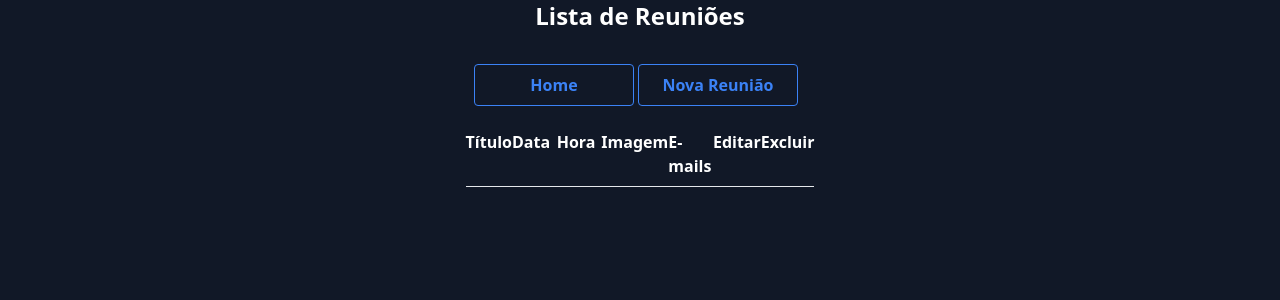
Repository: TamiBeira/meeting
Page: /meetings
These files come from the project's save history. The page is drawn as it stood at one moment and after the next save; the edit follows.
The browser window is 1280 px wide. The pictures show the whole page.
The project was rebuilt for these pictures with package versions that can differ from the ones it lists, and the page was loaded fresh each time. Also part of the build but not shown: vite.config.ts, src/contexts/FormContext.tsx, src/components/Form.tsx, src/components/HomePage.tsx.

Above is the page before, as saved 2024-02-27 07:37:11.

### index.html
<!doctype html>
<html lang="pt">
  <head>
    <meta charset="UTF-8" />
    <meta name="viewport" content="width=device-width, initial-scale=1.0" />
    <title>Meeting</title>
  </head>
  <body>
    <div id="root"></div>
    <script type="module" src="/src/main.tsx"></script>
  </body>
</html>

### src/app.tsx
import { BrowserRouter as Router, Routes, Route } from 'react-router-dom';
import { FormProvider } from './contexts/FormContext';
import { MeetingsProvider } from './contexts/MeetingsContext';
import { Form } from './components/Form';
import { MeetingsView } from './components/MeetingsView';
import { HomePage } from './components/HomePage';

export const App = () => {
  return (
    <Router>
      <Routes>
        <Route path="/" element={<HomePage />} />
        <Route path="/form" element={<FormProvider><Form /></FormProvider>} />
        <Route path="/meetings" element={<MeetingsProvider><MeetingsView /></MeetingsProvider>} />
      </Routes>
    </Router>
  );
};

### src/contexts/MeetingsContext.tsx
import React, { createContext, useState, useEffect, useContext } from 'react';
import { toast } from 'react-toastify';

export interface Meeting {
  title: string;
  data: string;
  hora: string;
  imagem?: string;
  imagemPath?: string;
  emails: string[];
}

interface MeetingsContextType {
  meetings: Meeting[];
  editableIndex: number | null;
  editedMeeting: Meeting;
  handleEdit: (index: number) => void;
  handleSave: () => void;
  handleDelete: (index: number) => void;
  handleInputChange: (event: React.ChangeEvent<HTMLInputElement>, key: string) => void;
}

interface MeetingContextProviderProps {
  children: React.ReactNode;
}

const MeetingsContext = createContext<MeetingsContextType | undefined>(undefined);

export const useMeetingsContext = () => {
  const context = useContext(MeetingsContext);
  if (!context) {
    throw new Error('useMeetingsContext must be used within a MeetingsProvider');
  }
  return context;
};

export const MeetingsProvider: React.FC<MeetingContextProviderProps> = ({ children }) => {
  const [meetings, setMeetings] = useState<Meeting[]>([]);
  const [editableIndex, setEditableIndex] = useState<number | null>(null);
  const [editedMeeting, setEditedMeeting] = useState<Meeting>({
    title: '',
    data: '',
    hora: '',
    emails: [],
  });

  useEffect(() => {
    const storedMeetings = localStorage.getItem('meetingData');
    if (storedMeetings) {
      setMeetings(JSON.parse(storedMeetings));
    }
  }, []);

  const handleEdit = (index: number) => {
    setEditableIndex(index);
    setEditedMeeting(meetings[index]);
  };

  const handleSave = () => {
    if (editableIndex === null) return;

    const updatedMeetings = [...meetings];
    updatedMeetings[editableIndex] = editedMeeting;
    setMeetings(updatedMeetings);
    localStorage.setItem('meetingData', JSON.stringify(updatedMeetings));
    setEditableIndex(null);
    setEditedMeeting({
      title: '',
      data: '',
      hora: '',
      emails: [],
    });
    toast.success('Reunião salva com sucesso!');
  };

  const handleDelete = (index: number) => {
    const confirmDelete = window.confirm('Tem certeza que deseja excluir esta reunião?');
    if (confirmDelete) {
      const updatedMeetings = [...meetings];
      updatedMeetings.splice(index, 1);
      setMeetings(updatedMeetings);
      localStorage.setItem('meetingData', JSON.stringify(updatedMeetings));
      toast.success('Reunião excluída com sucesso!');
    }
  };

  const handleInputChange = (event: React.ChangeEvent<HTMLInputElement>, key: string) => {
    setEditedMeeting({ ...editedMeeting, [key]: event.target.value });
  };

  const contextValue: MeetingsContextType = {
    meetings,
    editableIndex,
    editedMeeting,
    handleEdit,
    handleSave,
    handleDelete,
    handleInputChange,
  };

  return (
    <MeetingsContext.Provider value={contextValue}>
      {children}
    </MeetingsContext.Provider>
  );
};

### src/components/MeetingsView.tsx
import React from 'react';
import { Link } from 'react-router-dom';
import { ToastContainer } from 'react-toastify';
import { FaEdit, FaTrash } from 'react-icons/fa';
import { useMeetingsContext } from '../contexts/MeetingsContext';

export const MeetingsView: React.FC = () => {
  const {
    meetings,
    editableIndex,
    editedMeeting,
    handleEdit,
    handleSave,
    handleDelete,
    handleInputChange,
  } = useMeetingsContext();

  const handleImageChange = (e: React.ChangeEvent<HTMLInputElement>) => {
    const file = e.target.files && e.target.files[0];
    if (file) {
      const reader = new FileReader();
      reader.onloadend = () => {
        const imageDataUrl = reader.result as string;
        handleInputChange({ target: { value: imageDataUrl } } as React.ChangeEvent<HTMLInputElement>, 'imagem');
      };
      reader.readAsDataURL(file);
    }
  };

  return (
    <div className="flex flex-col items-center bg-gray-900 h-screen mx-auto">
      <h2 className="text-2xl text-white font-bold mb-4">Lista de Reuniões</h2>
      <div className="mt-4 mb-4">
        <Link to="/" className="w-40 mr-1 inline-block text-center border border-solid border-blue-500 text-blue-500 font-bold px-4 py-2 rounded">Home</Link>
        <Link to="/form" className="w-40 inline-block text-center border border-solid border-blue-500 text-blue-500 font-bold mr-2 px-4 py-2 rounded">Nova Reunião</Link>
      </div>
      <ul>
        <li className="border-b border-gray-200 py-2 flex sm:flex-row font-semibold max-w-5xl">
          <div className="w-1/5 text-white">Título</div>
          <div className="w-1/5 text-white">Data</div>
          <div className="w-1/5 text-white">Hora</div>
          <div className="w-1/5 text-white">Imagem</div>
          <div className="w-1/5 text-white">E-mails</div>
          <div className="w-1/5 text-white text-center">Editar</div>
          <div className="w-1/5 text-white text-center">Excluir</div>
        </li>
        {meetings.map((meeting, index) => (
          <li key={index} className={`max-w-full border-b border-gray-200 py-4 flex flex-col sm:flex-row justify-center items-center`}>
            {editableIndex === index ? (
              <>
                <input
                  type="text"
                  value={editedMeeting.title}
                  onChange={(e) => handleInputChange(e, 'title')}
                  className="mb-2 sm:mb-0 mr-4 px-4 py-2 border rounded-md shadow-sm focus:outline-none focus:ring-blue-500 focus:border-blue-500 max-w-28"
                  placeholder="Título"
                />
                <input
                  type="date"
                  value={editedMeeting.data}
                  onChange={(e) => handleInputChange(e, 'data')}
                  className="mb-2 sm:mb-0 mr-4 px-4 py-2 border rounded-md shadow-sm focus:outline-none focus:ring-blue-500 focus:border-blue-500"
                />
                <input
                  type="time"
                  value={editedMeeting.hora}
                  onChange={(e) => handleInputChange(e, 'hora')}
                  className="mb-2 sm:mb-0 mr-4 px-4 py-2 border rounded-md shadow-sm focus:outline-none focus:ring-blue-500 focus:border-blue-500"
                />
                <div className="flex items-center w-1/5">
                  <input
                    type="file"
                    accept="image/*"
                    onChange={handleImageChange}
                    className="hidden"
                    id="input-image"
                  />
                  <label htmlFor="input-image" className="cursor-pointer mr-2 underline text-blue-500">Escolher outra imagem</label>
                  {editedMeeting.imagem && (
                    <img src={editedMeeting.imagem} alt="Imagem da reunião" className="max-w-xs h-12" />
                  )}
                </div>
                <input
                  type="text"
                  value={editedMeeting.emails.join(', ')}
                  onChange={(e) => handleInputChange(e, 'emails')}
                  className="mb-2 sm:mb-0 mr-4 px-4 py-2 border rounded-md shadow-sm focus:outline-none focus:ring-blue-500 focus:border-blue-500 w-64"
                  placeholder="E-mails"
                />
                <div>
                  <button
                    onClick={handleSave}
                    className="bg-green-500 hover:bg-green-700 text-white font-bold py-2 px-4 mr-2 rounded"
                  >
                    Salvar
                  </button>
                </div>
              </>
            ) : (
              <>
                <div className="w-1/5 text-white">{meeting.title}</div>
                <div className="w-1/5 text-white">{meeting.data}</div>
                <div className="w-1/5 text-white">{meeting.hora}</div>
                <div className="w-1/5 text-white">
                  <img src={meeting.imagem} alt="Imagem da reunião" width={50} height={50}/>
                </div>
                <div className="w-1/5 text-white">{Array.isArray(meeting.emails) ? meeting.emails.join(', ') : ''}</div>
                <div className="w-1/5 text-center text-white">
                  <button
                    onClick={() => handleEdit(index)}
                    className="text-blue-500 font-bold"
                  >
                    <FaEdit className="inline-block mr-1" />
                  </button>
                </div>
                <div className='w-1/5 justify-center text-center'>
                  <button
                    onClick={() => handleDelete(index)}
                    className="text-red-500 font-bold"
                  >
                    <FaTrash className="inline-block mr-1" />
                  </button>
                </div>
              </>
            )}
          </li>
        ))}
      </ul>
      <ToastContainer />
    </div>
  );
};

### tailwind.config.js
/** @type {import('tailwindcss').Config} */
export default {
  content: [
    "./index.html",
    "./src/**/*.tsx",
  ],
  theme: {
    extend: {},
  },
  plugins: [],
}

Loaded but not shown: src/main.tsx (common file); src/index.css (common file)

After the next save:
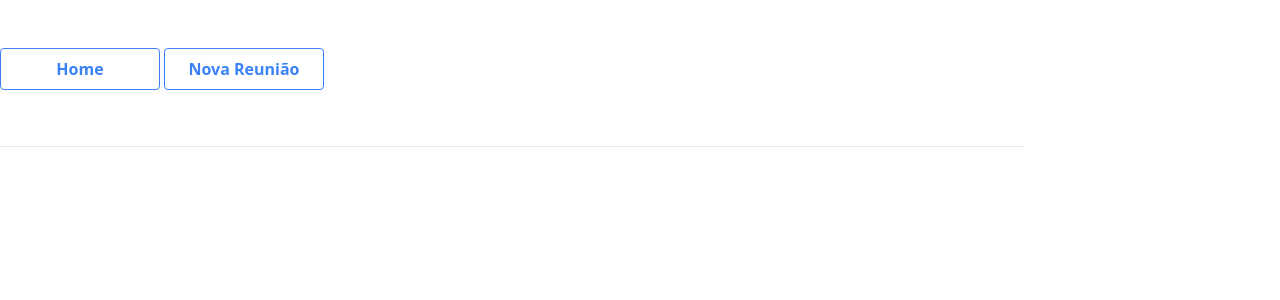
Saved 33 s later.
--- a/src/components/MeetingsView.tsx
+++ b/src/components/MeetingsView.tsx
@@ -28,7 +28,7 @@ export const MeetingsView: React.FC = () => {
   };
 
   return (
-    <div className="flex flex-col items-center bg-gray-900 h-screen mx-auto">
+    <div className="">
       <h2 className="text-2xl text-white font-bold mb-4">Lista de Reuniões</h2>
       <div className="mt-4 mb-4">
         <Link to="/" className="w-40 mr-1 inline-block text-center border border-solid border-blue-500 text-blue-500 font-bold px-4 py-2 rounded">Home</Link>

After the save that followed:
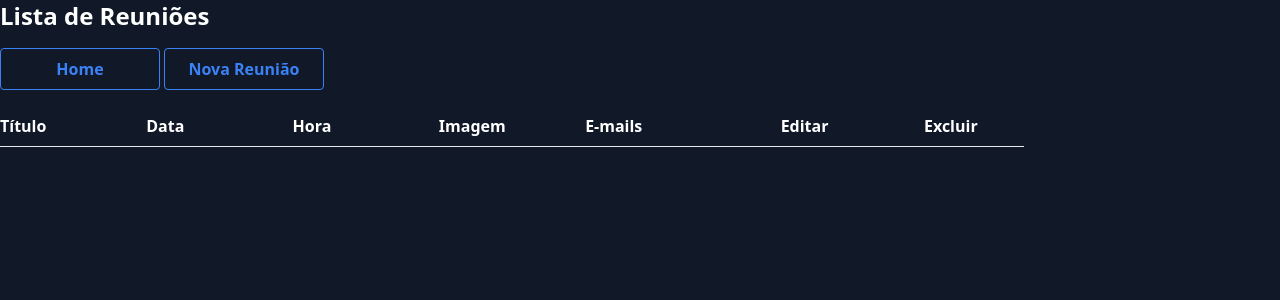
Saved 27 s later.
--- a/src/components/MeetingsView.tsx
+++ b/src/components/MeetingsView.tsx
@@ -28,7 +28,7 @@ export const MeetingsView: React.FC = () => {
   };
 
   return (
-    <div className="">
+    <div className="flex-col items-center bg-gray-900 h-screen mx-auto">
       <h2 className="text-2xl text-white font-bold mb-4">Lista de Reuniões</h2>
       <div className="mt-4 mb-4">
         <Link to="/" className="w-40 mr-1 inline-block text-center border border-solid border-blue-500 text-blue-500 font-bold px-4 py-2 rounded">Home</Link>
